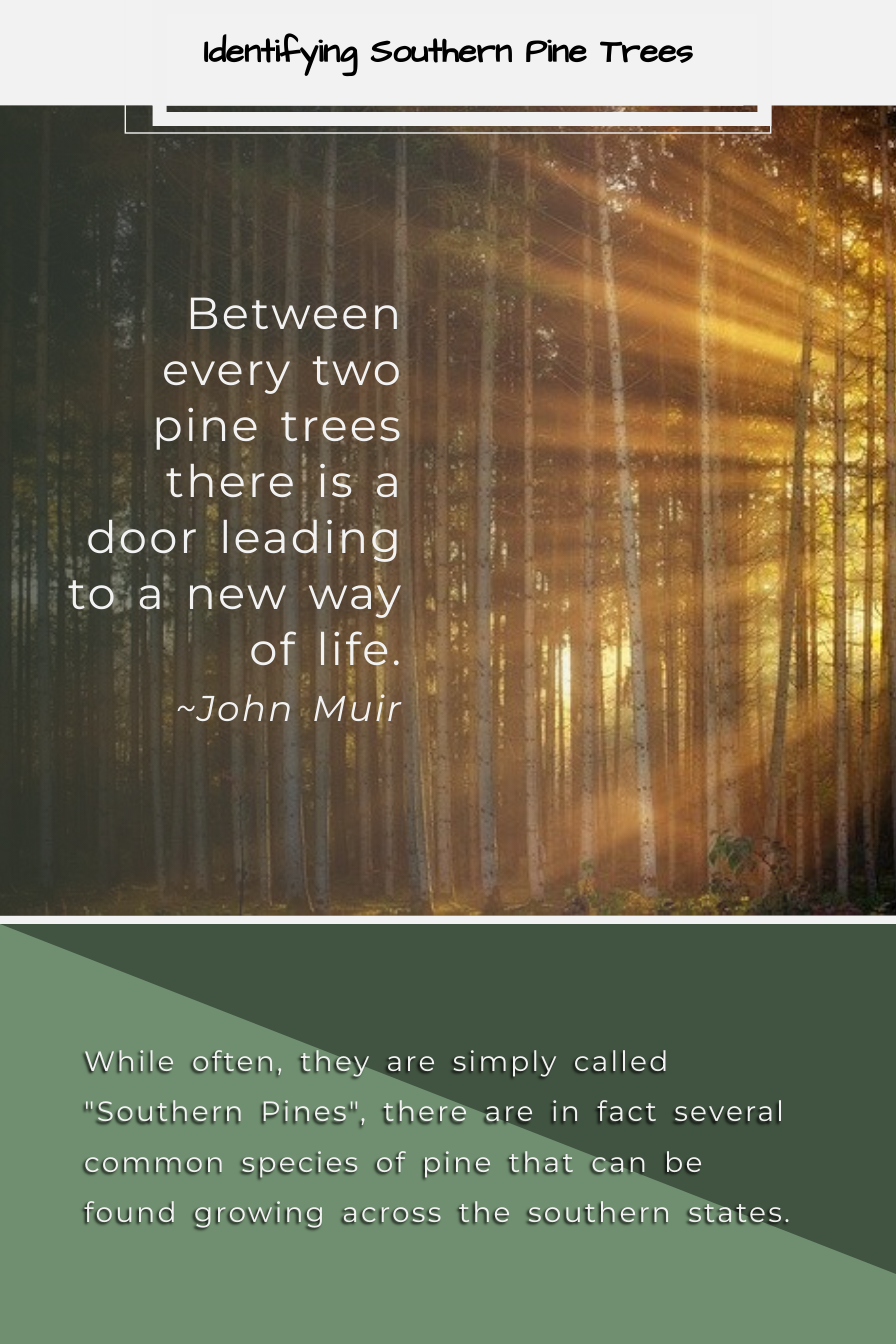
Repository: Sbethm/louisianaPineTrees
Page: pine_main.html
The author's editor kept a copy of each file at every save. The page is drawn from the files as they stood at one save, then again after the next save.
The browser window is 1280 px wide. The pictures show the part of the page from y = 0 to 1920 px (the page is 2983 px tall), at 70% of full size.
The style sheet was rebuilt from its Sass, Less or Tailwind sources for each picture, by a compiler version that may differ from the author's.

Above is the page before, as saved 2021-09-24 11:06:22.

### pine_main.html
<!DOCTYPE html>
<html lang="en">
<head>
    <meta charset="UTF-8">
    <meta http-equiv="X-UA-Compatible" content="IE=edge">
    <meta name="viewport" content="width=device-width, initial-scale=1.0">
    <link rel="preconnect" href="https://fonts.googleapis.com">
    <link rel="preconnect" href="https://fonts.gstatic.com" crossorigin>
    <link href="https://fonts.googleapis.com/css2?family=Architects+Daughter&family=Montserrat:ital,wght@0,400;0,500;0,700;1,400;1,500;1,700&display=swap" rel="stylesheet">
    <!--
        headerFont: 'Architects Daughter', cursive;
        mainFont: 'Montserrat', sans-serif;
    -->
    <link rel="stylesheet" href="./CSS/main.css">
    <title>Louisiana Pine Trees</title>
</head>
<body>
    <header>
        <!-- <a href="#" class="logo">
            SarahMoosa
        </a> -->
        <h1>Identifying Southern Pine Trees</h1>
    </header>
    <main>
        <div class="hero-container container">
            <div class="hero__background-grad">
                <p class="hero__quote">Between every two pine trees there is a door leading to a new way of life. <br><cite>John Muir</cite></p>
            </div>
        </div>
        <div class="container triangle-bg">
            <div class="triangle-left"></div>
            <div class="triangle-right"></div>
            <p class="call-to-action">While often, they are simply called "Southern Pines", there are in fact several common species of pine that can be found growing across the southern states.
            </p>
        </div>
        <div class="questions-container container">
        </div>
        <div class="results-btn btn">
                <button>Next</button>
        </div>
        <div class="results"></div>

    </main>
    <script src="apps.js"></script>
</body>

### apps.js
const questionsArr = [
    {
        quest: "How many needles are in the bundle?",
        an: {
            a: "1",
            b: "2"
        }
    },
    {
        quest: "Blahasf?",
        an: {
            a: "trw",
            b: "fdb"
        }
    },
    {
        quest: "How many needles are in the bundle?",
        an: {
            a: "1",
            b: "2"
        }
    },
    {
        quest: "How many needles are in the bundle?",
        an: {
            a: "1",
            b: "2"
        }
    },
    {
        quest: "How many needles are in the bundle?",
        an: {
            a: "1",
            b: "2"
        }
    }
];

const questCont = document.querySelector('.questions-container');
const quest = document.querySelector('.question');
const options = document.querySelector('.options');
const nextBtn = document.querySelector('button');

let num = 0;

window.addEventListener('load', () => {

    let questVis = questionsArr[num];
    questCont.innerHTML =
                `<section class="question-wrapper">
                    <div class="question">
                        <p class="question__text">${questVis.quest}</p>
                    </div>
                    <div class="options">
                        <div class="answer"><p>${questVis.an.a}</p></div>
                        <div class="answer"><p>${questVis.an.b}</p></div>
                    </div>
                </section>
                `;

})

nextBtn.addEventListener('click', () => {
    num++;

    let questVis = questionsArr[num];
    questCont.innerHTML =
                `<section class="question-wrapper">
                    <div class="question">
                        <p class="question__text">${questVis.quest}</p>
                    </div>
                    <div class="options">
                        <div class="answer"><p>${questVis.an.a}</p></div>
                        <div class="answer"><p>${questVis.an.b}</p></div>
                    </div>
                </section>
                `;

})

### src/scss/main.scss
@import "./variables", "./mixins", "./normalize";


// ============ GLOBAL STYLES ============
*, *::before, *::after {
    box-sizing: border-box;
}

body {
    margin: 0;
    background-color: $mainColorLi;
}

header {
}

h1{
    position: relative;
    margin: 0 auto;
    padding: 1em 1.5em;
    width: fit-content;
    font-family: $headerFont;
    font-size: 3rem;
    text-align: center;
    background-color: $mainColorLi;
    // border: 20px solid #3a3a3a;


    &::before {
        content: "";
        position: absolute;
        width: 100%;
        height: calc(100% - 11px);
        border: 20px solid #f1f1f1;
        box-sizing: content-box;
        top: 0;
        left: 0;
    }

    &::after {
        content: "";
        position: absolute;
        width: calc(100% + 80px);
        height: calc(100% + 80px);
        border:2px solid #f1f1f1;
        top: -40px;
        left: -40px;
    }
}

p {
    margin: 0;
    padding: 4em 3em;
    font-family: $mainFont;
    font-size: 2.5rem;
    letter-spacing: 0.2rem;
    word-spacing: 0.5rem;
    line-height: 4.5rem;
    color: $mainColorLi;
}

.container {
    background-color: $mainColorDr;
}

// ============ HERO STYLES ============
.hero-container {
    background-image: url(../img/forest-pine.jpg);
    background-repeat: no-repeat;
    background-size: cover;
    border-bottom: 12px solid $mainColorLi;
}

.hero__background-grad {
    background: linear-gradient(90deg, rgba(57,64,53,0.7721463585434174) 0%, rgba(242,242,242,0.19791666666666663) 66%, rgba(242,242,242,0) 100%);
}

.hero__quote {
    padding: 4em 1em;
    width: 50%;
    text-align: right;
    font-size: 4rem;
    line-height: 5rem;
    letter-spacing: 0.2rem;
    word-spacing: 0.5rem;

    & cite {
        font-size: 0.8em;

        &::before {
            content: "~";
        }
    }
}


// ============ CALL-TO-ACTION STYLES ============
.call-to-action {
    border-bottom: 12px solid $mainColorLi;
}

.triangle-bg {
    display: grid;
    grid-template-columns: 100vw;
    grid-template-rows: 100%;
    align-content: center;

    & p {
        grid-row: 1 / 1;
        grid-column: 1 / 1;
        text-shadow: -3px 3px 4px #020202;
    }

    & .triangle-left{
        grid-row: 1 / 1;
        grid-column: 1 / 1;
        border-style: solid;
        border-width: 500px 0 0 100vw;
        border-color: transparent transparent transparent $acColorLi;
    }
}

.questions-container{
    padding: 3em;
    background-color: $mainColorDr;

}

.question-wrapper {
    background-color: $mainColorLi;
    box-shadow: -7px 9px 10px 0px #272626;

    & .question__text {
        padding-bottom: 0;
        font-weight: 700;
        text-align: center;
        color: $acColorLi;
    }
}

.options {
    display: flex;
    flex-direction: row;
    justify-content: center;
}

.answer {
    margin: 6em;
    padding: 0;
    width: fit-content;
    min-width: 150px;
    border-radius: 100px;
    box-shadow: -5px 5px 10px 0px #696767;
    @include transition(all .3s ease);

    & p {
        padding: 1em 2em;
        text-align: center;
        font-weight: 600;
        color: $acColorLi;
    }

    &:hover, :focus {
        background-color: #f8cb6b;
        box-shadow: -5px 5px 10px 0px #696767;
    }
}

.results-btn {
    display: flex;
    justify-content: center;
    background-color: $mainColorDr;
}

button {
    margin: 1em 0 2em 0;
    padding: 1em 3em;
    font-family: $mainFont;
    font-size: 3rem;
    letter-spacing: 0.2rem;
    font-weight: 700;
    color: $acColorLi;
    border-radius: 100px;
    box-shadow: -7px 9px 10px 0px #272626;
}




//This code was used to cause grid items to over lap. It worked very well, but I think it is unnecessary and bulkier code than I need for the result that I want.
// .intro-container {
//     display: grid;
//     grid-template-columns: 50% 50%;
//     grid-auto-rows: 100%;

//     & img {
//         grid-column: 1/3;
//         grid-row: 1;
//         display: inline;
//         max-width: 100%;
//         z-index: 1;
//     }

//     & .quote {
//         grid-column: 2/3;
//         grid-row: 1;
//         align-self: center;
//         z-index: 9;
//     }
// }

### src/scss/_variables.scss
//COLORS
$mainColorDr: hsl(120, 12%, 29%);
$mainColorLi: hsl(0, 0%, 95%);
$acColorLi: hsl(120, 12%, 50%);
$acColorDr: hsl(0, 0%, 5%);

//FONTS
$headerFont: 'Architects Daughter', cursive;
$mainFont: 'Montserrat', sans-serif;

### src/scss/_mixins.scss
// ====== Transitions ======

@mixin transition($args...) {
    transition: $args;
}


// ====== Transitions ======
// ====== Transitions ======
// ====== Transitions ======

Loaded but not shown: src/scss/_normalize.scss (common file)

After the next save:
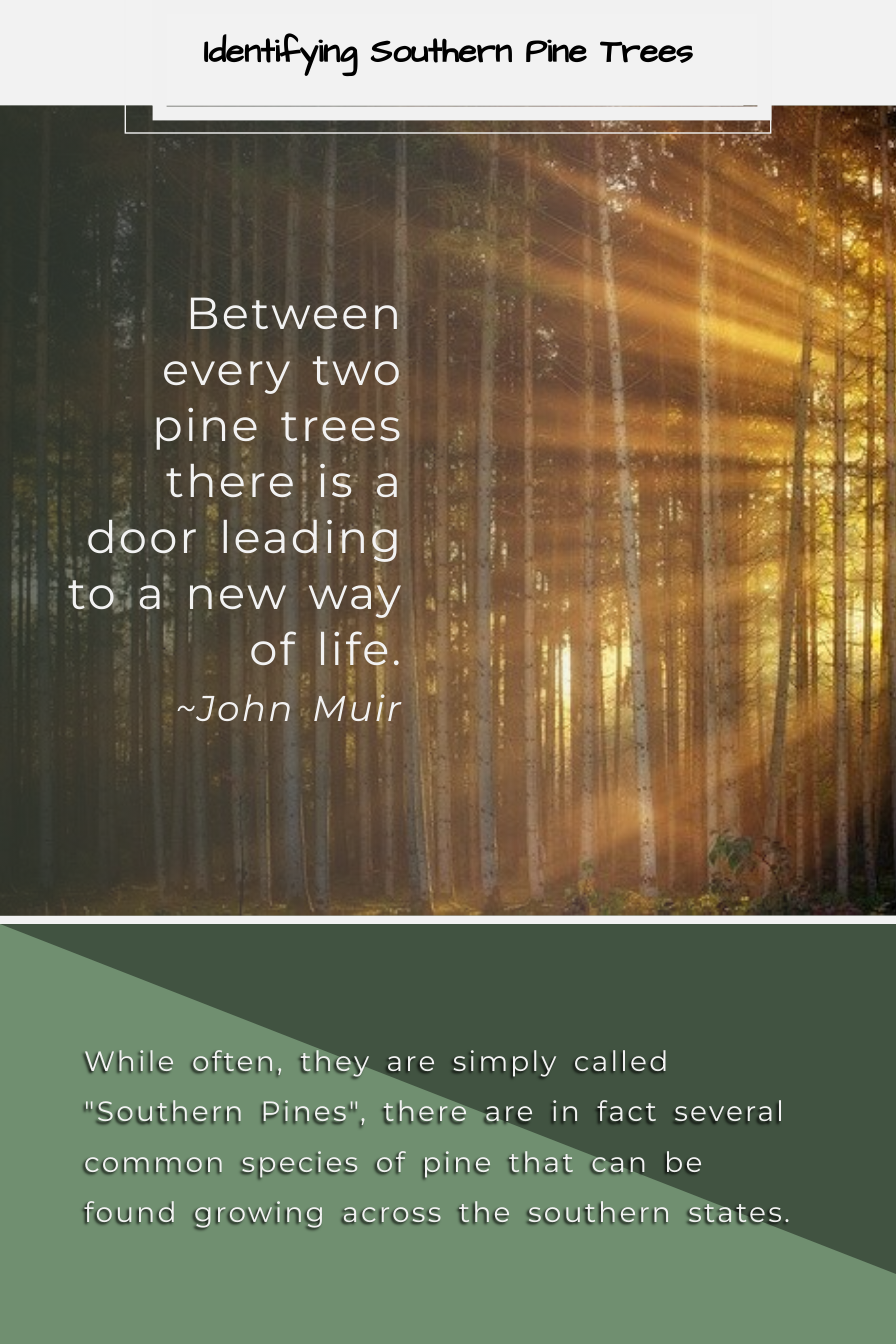
Saved 8 s later.
--- a/src/scss/main.scss
+++ b/src/scss/main.scss
@@ -30,7 +30,7 @@
         content: "";
         position: absolute;
         width: 100%;
-        height: calc(100% - 11px);
+        height: calc(100% - 19px);
         border: 20px solid #f1f1f1;
         box-sizing: content-box;
         top: 0;

After the save that followed:
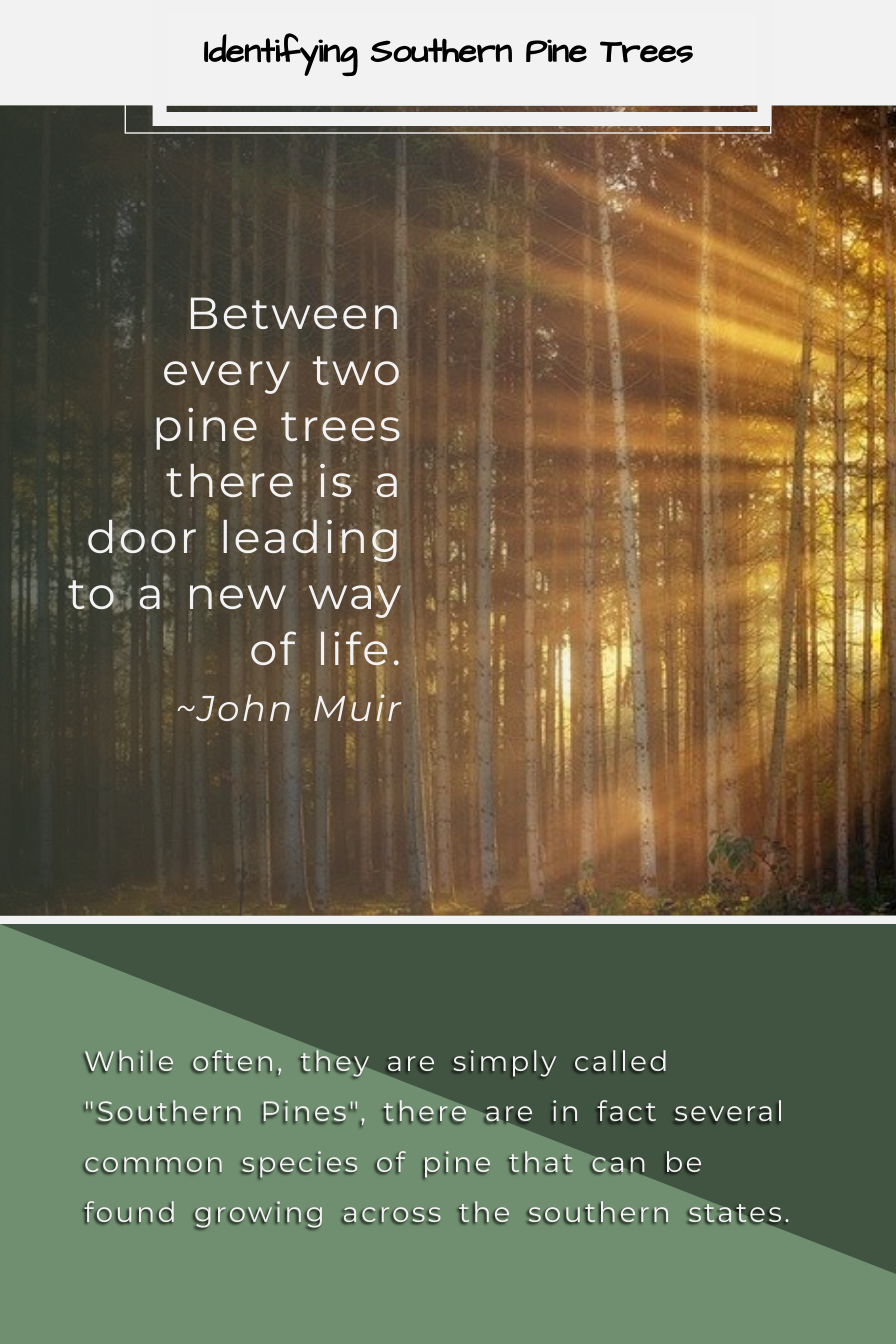
Saved 7 s later.
--- a/src/scss/main.scss
+++ b/src/scss/main.scss
@@ -30,7 +30,7 @@
         content: "";
         position: absolute;
         width: 100%;
-        height: calc(100% - 19px);
+        height: calc(100% - 11px);
         border: 20px solid #f1f1f1;
         box-sizing: content-box;
         top: 0;
